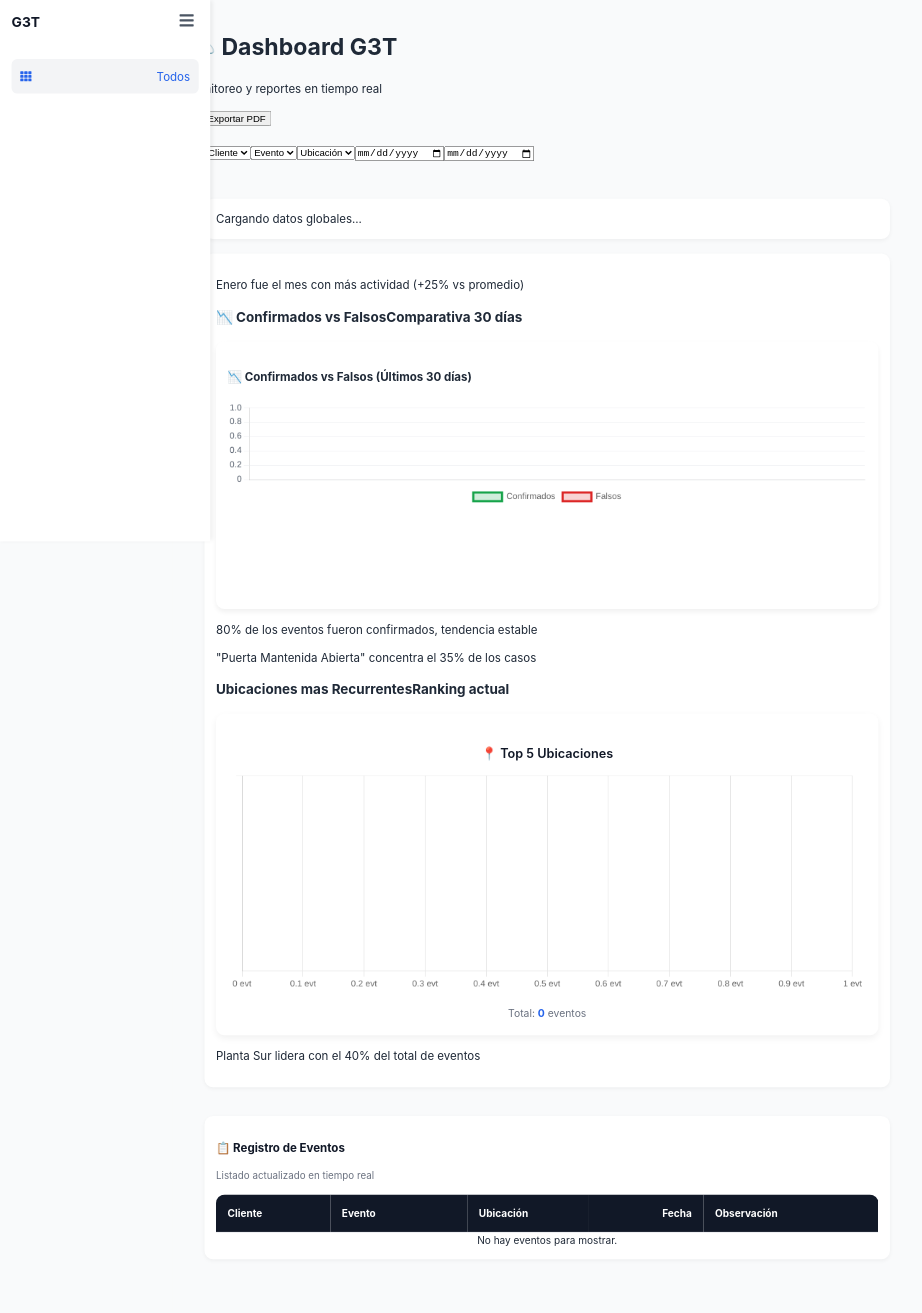
Repository: BBrian11/reportes
Page: /
The author's editor kept a copy of each file at every save. The page is drawn from the files as they stood at one save, then again after the next save.
The browser window is 1280 px wide. The pictures show the whole page, at 72% of full size.
The page's requests for data from a server got no answer. The project was rebuilt for these pictures with package versions that can differ from the ones it lists, and the page was loaded fresh each time. No one was signed in, and anything a server would have sent is missing. Also part of the build but not shown: vite.config.js, src/components/Dashboard/BarChart.jsx, src/components/Dashboard/PieChart.jsx, src/styles/tgsstats.css, src/components/Dashboard/TgsStats.jsx, src/styles/edificiostats.css, src/components/Dashboard/EdificioStats.jsx, src/styles/vtvstats.css and 5 more.

Above is the page before, as saved 2025-07-30 13:14:26.

After the next save:
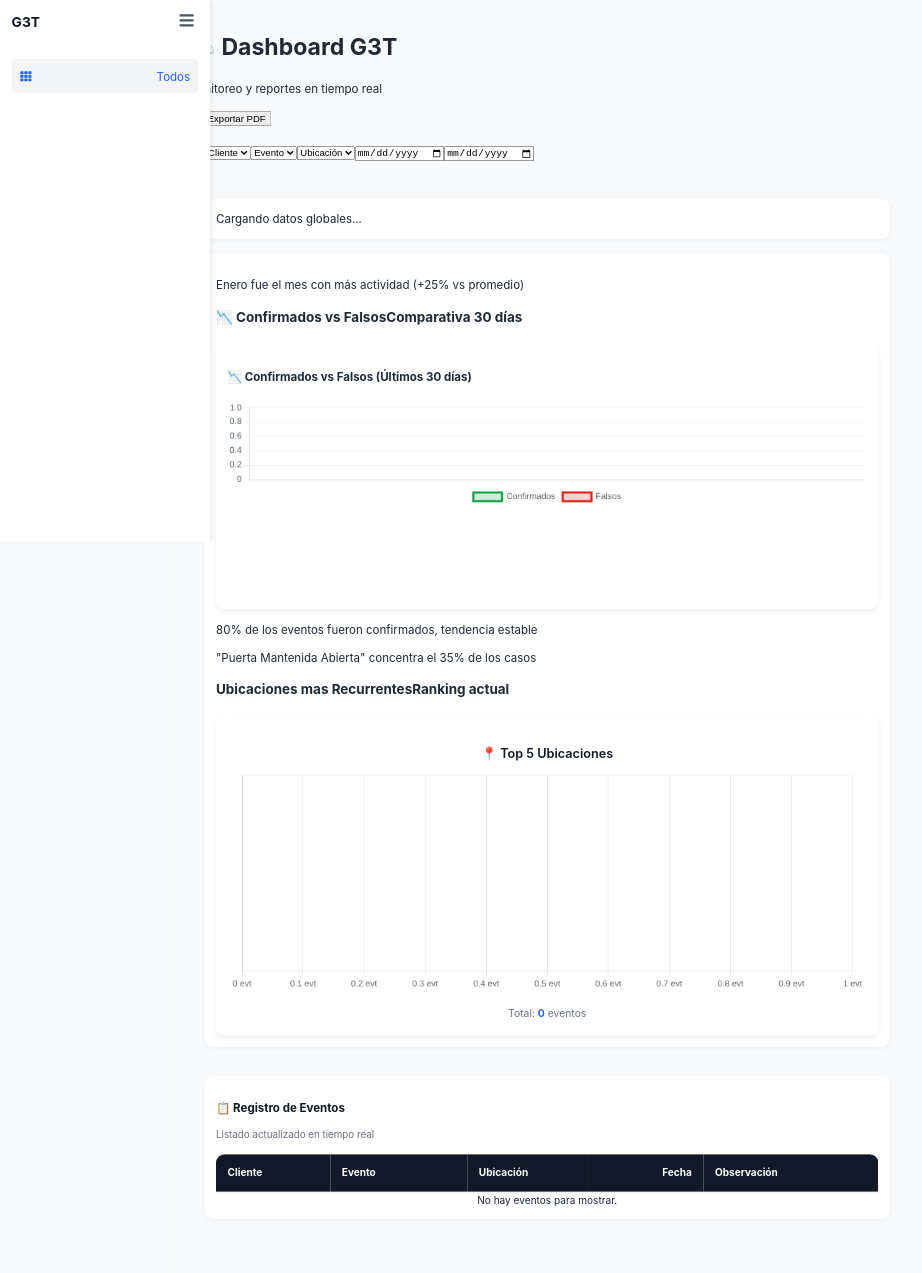
Saved 21 s later.
--- a/src/components/Dashboard/Charts.jsx
+++ b/src/components/Dashboard/Charts.jsx
@@ -66,9 +66,7 @@ export default function Charts({ eventos }) {
           <span className="text-xs text-gray-500">Ranking actual</span>
         </h3>
         <HorizontalChart eventos={eventos} />
-        <p className="text-sm text-gray-500 mt-3 text-center">
-          Planta Sur lidera con el 40% del total de eventos
-        </p>
+
       </div>
     </div>
   );
